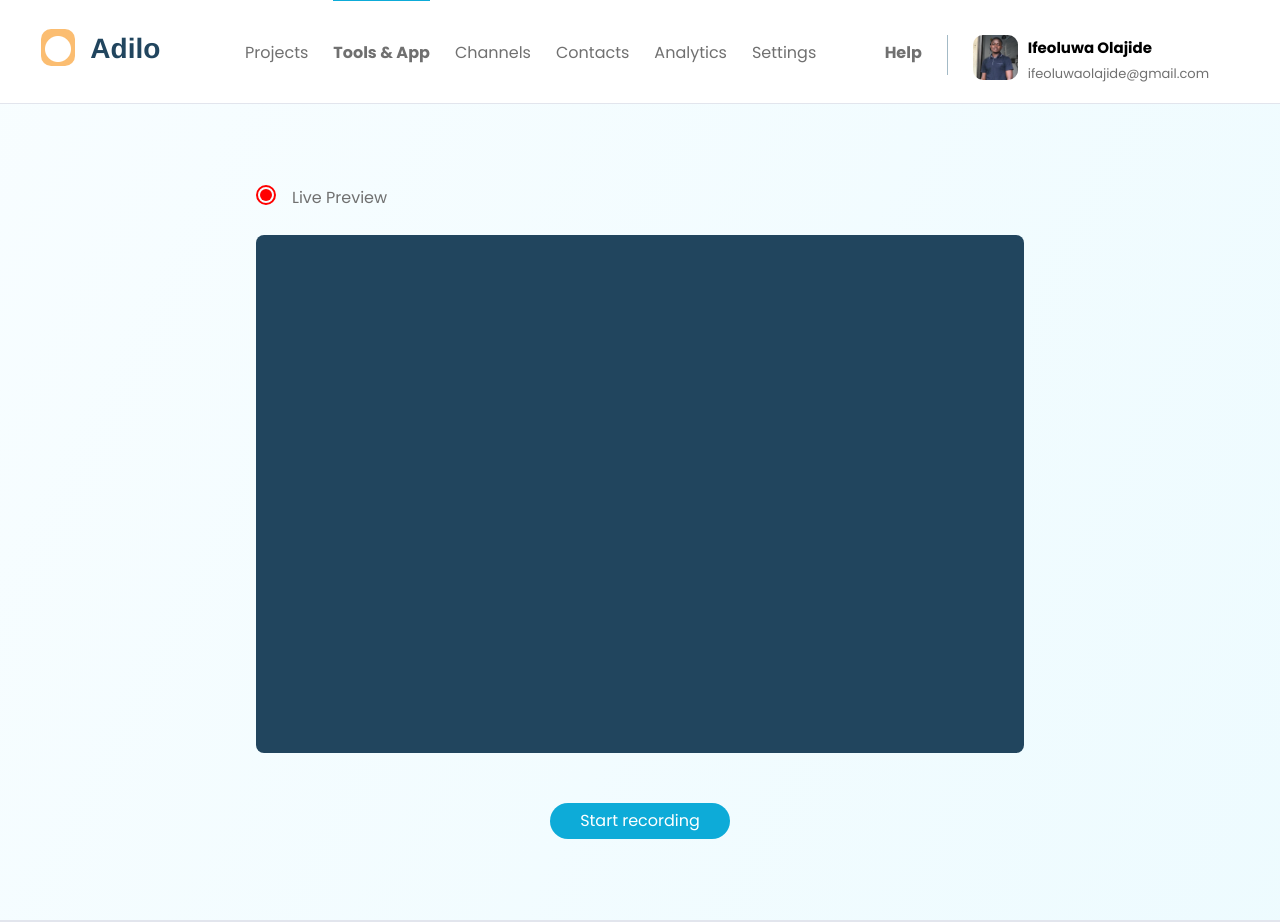
Repository: olhighjay/video_recorder
Page: /
These files come from the project's save history. The page is drawn as it stood at one moment and after the next save; the edit follows.
The browser window is 1280 px wide. The pictures show the whole page.
Some web libraries are served in a nearby version. The project was rebuilt for these pictures with package versions that can differ from the ones it lists, and the page was loaded fresh each time. Also part of the build but not shown: vue.config.js, src/components/DataTable.vue, src/components/EmptyRecorded.vue.

Above is the page before, as saved 2022-07-29 12:29:43.

### public/index.html
<!DOCTYPE html>
<html lang="">
  <head>
    <meta charset="utf-8">
    <meta http-equiv="X-UA-Compatible" content="IE=edge">
    <meta name="viewport" content="width=device-width,initial-scale=1.0">
    <link rel="icon" href="<%= BASE_URL %>favicon.ico">
    <title><%= htmlWebpackPlugin.options.title %></title>
    <link rel="stylesheet" href="https://cdn.jsdelivr.net/npm/bootstrap@4.0.0/dist/css/bootstrap.min.css" integrity="sha384-Gn5384xqQ1aoWXA+058RXPxPg6fy4IWvTNh0E263XmFcJlSAwiGgFAW/dAiS6JXm" crossorigin="anonymous">
    <link rel="stylesheet" href="https://cdnjs.cloudflare.com/ajax/libs/font-awesome/6.1.2/css/all.min.css" integrity="sha512-1sCRPdkRXhBV2PBLUdRb4tMg1w2YPf37qatUFeS7zlBy7jJI8Lf4VHwWfZZfpXtYSLy85pkm9GaYVYMfw5BC1A==" crossorigin="anonymous" referrerpolicy="no-referrer" />
  </head>
  <body>
    <noscript>
      <strong>We're sorry but <%= htmlWebpackPlugin.options.title %> doesn't work properly without JavaScript enabled. Please enable it to continue.</strong>
    </noscript>
    <div id="app"></div>
    <!-- built files will be auto injected -->

    <script src="https://cdnjs.cloudflare.com/ajax/libs/font-awesome/6.1.2/js/all.min.js" integrity="sha512-8pHNiqTlsrRjVD4A/3va++W1sMbUHwWxxRPWNyVlql3T+Hgfd81Qc6FC5WMXDC+tSauxxzp1tgiAvSKFu1qIlA==" crossorigin="anonymous" referrerpolicy="no-referrer"></script>
    <script src="https://code.jquery.com/jquery-3.2.1.slim.min.js" integrity="sha384-KJ3o2DKtIkvYIK3UENzmM7KCkRr/rE9/Qpg6aAZGJwFDMVNA/GpGFF93hXpG5KkN" crossorigin="anonymous"></script>
    <script src="https://cdn.jsdelivr.net/npm/popper.js@1.12.9/dist/umd/popper.min.js" integrity="sha384-ApNbgh9B+Y1QKtv3Rn7W3mgPxhU9K/ScQsAP7hUibX39j7fakFPskvXusvfa0b4Q" crossorigin="anonymous"></script>
    <script src="https://cdn.jsdelivr.net/npm/bootstrap@4.0.0/dist/js/bootstrap.min.js" integrity="sha384-JZR6Spejh4U02d8jOt6vLEHfe/JQGiRRSQQxSfFWpi1MquVdAyjUar5+76PVCmYl" crossorigin="anonymous"></script>
  </body>
</html>

### src/App.vue
<template>
  <div>
    <navbar></navbar>
    <div id="main-flex">
      <div v-if="false" class="my-sidebar">
        <ul class="my-sidebar-items">
            <li class="sidebar-item-active"> <img src="./assets/video-player.png" alt=""> &nbsp; My Recordings</li>
            <li> <i class="fa fa-share-alt" style="color:#102346"></i> &nbsp; Requested</li>
        </ul>
      </div>
      <div v-if="false" class="my-main">
        <div class="my-main-container">
          <div><small class="breadcrumbs">Snapbyte <i class="fa fa-angle-right" style="font-weight:200"></i> My Recordings</small></div>
          <div class="subheading-tab">
            <div> <span class="my-recordings">My Recordings </span><span class="my-recordings-count">25</span> </div>
            <div>
              <button class="sub-heading-btn white-btn">
                <i class="fa fa-long-arrow-down" aria-hidden="true"></i>
                <i class="fa fa-long-arrow-up" aria-hidden="true"></i>
                By Date
              </button>
              <button class="sub-heading-btn white-btn">
                <i class="fa-solid fa-filter"></i>
                Add Filter
              </button>
              <button class="sub-heading-btn blue-btn">
                <i class="fa fa-video"></i>
                New Request
              </button>
              <button class="sub-heading-btn red-btn">
                <span class="rec">REC</span>
                Start Recording
              </button>
            </div>
          </div>

          <empty-recorded></empty-recorded>

          <data-table v-if="true"></data-table>
          <!-- Button trigger modal -->
<button type="button" class="btn btn-primary" data-toggle="modal" data-target="#recordOptions">
Launch demo modal
</button>

<!-- Modal -->
<div class="modal fade" id="recordOptions" tabindex="-1" role="dialog" aria-labelledby="recordOptions" aria-hidden="true">
<div class="modal-dialog modal-dialog-centered" role="document">
  <div class="modal-content">
    <div class="modal-header">
      <h5 class="my-modal-title">New Recording</h5>
      <button type="button" class="close" data-dismiss="modal" aria-label="Close">
        <span aria-hidden="true"><i class="fa fa-xmark"></i></span>
      </button>
    </div>
    <div class="modal-body">
      <p class="save-in">Save the recording in</p>
      <div>
        <select class="save-option">
          <Option value="" key="">Select a project</Option>
          <Option value="" key="">Project 1</Option>
          <Option value="" key="">Project 2</Option>
          <Option value="" key="">Project 3</Option>
          <Option value="" key="">Project 4</Option>
        </select>
      </div>
      <div style="margin-top: 35px;">
        <div class="record">
          <div class="record-name">Record screen</div>
          <div class="record-switch">
            <label class="switch">
              <input type="checkbox">
              <span class="slider round"></span>
            </label>
          </div>
        </div>
        <div class="record">
          <div class="record-name">Record camera</div>
          <div class="record-switch">
            <label class="switch">
              <input type="checkbox">
              <span class="slider round"></span>
            </label>
          </div>
        </div>
        <div class="record">
          <div class="record-name">Record mic</div>
          <div class="record-switch">
            <label class="switch">
              <input type="checkbox">
              <span class="slider round"></span>
            </label>
          </div>
        </div>
      </div>
    </div>
    <div class="text-center">
      <button type="button" class="start-recording-btn">Start Recording</button>
    </div>
  </div>
</div>
</div>
        </div>
      </div>
      <div class="record-page">
        <div class="view-frame-wrapper">
          <div class="d-flex mb-4">
            <div class="live-icon-wrapper">
              <div class="live-icon" ></div>
            </div>
            <div class="ml-3">Live Preview</div>
          </div>
          <div class="view-frame">

          </div>
          <div class="text-center start-recording-wrapper">
            <button class="start-recording">Start recording</button>
          </div>
        </div>
      </div>
    </div>
  </div>
</template>

<script>
// import HelloWorld from './components/HelloWorld.vue'
import Navbar from './layouts/Navbar.vue'
import DataTable from '@/components/DataTable'
import EmptyRecorded from '@/components/EmptyRecorded'

export default {
  name: 'App',
  components: {
    Navbar,
    DataTable,
    EmptyRecorded
  }
}
</script>


<style>
 @import url('https://fonts.googleapis.com/css2?family=Poppins:wght@400;500;700&display=swap');

#main-flex {
  display: flex;
  width: 100%;
}

.record-page {
  background: transparent linear-gradient(117deg, #0dacd85d 0%, #eafaff5d 0%, #d3f5fe65 100%) 0% 0% no-repeat padding-box;
  width: 100%;
  padding: 81px 20%;
}
.view-frame-wrapper {
  margin: 0 auto;
  max-width: 965px;
}
.view-frame {
  height: 518px;
  background: #21455E 0% 0% no-repeat padding-box;
  border-radius: 8px;
}
.live-icon-wrapper {
  border: 2px solid red;
  border-radius: 50%;
  height:20px;
  width:20px;
}
.live-icon {
  background-color:red;
  border-radius: 50%;
  height:12px;
  width:12px;
  margin: 10% auto;
}
.start-recording-wrapper {
  margin-top: 50px;
}
.start-recording {
  padding: 5px 30px;
  background: #0DABD8 0% 0% no-repeat padding-box;
  border-radius: 32px;
  border: none;
  color: #fff;
}



.my-sidebar {
  flex: 0 0 240px;
  /* width: 20%; */
  /* height: 100%; */
  background-color: #ebf2f656;
  border-right: 2px solid #21455e54;
  /* border-right: 2px solid #21455E; */
  /* width:250px; */
}
.my-sidebar-items {
  list-style: none;
  padding: 20px 0;
}
.my-sidebar-items>li {
  margin : 10px 12px 10px 18px;
  padding: 7px 20px ;
}
.sidebar-item-active {
  background-color: #E2E5ED;
  border: 2px solid #0DABD838;
  border-radius: 10px;
}





.my-main {
  flex: 1;
  flex-wrap: wrap;
}
.my-main-container {
  padding: 1.5% 8.5%;
}
.subheading-tab {
  display: flex;
  justify-content: space-between;
}
.sub-heading-btn {
  padding: 3px 15px;
  border-radius: 20px;
  margin-left: 15px;
  font-size: 14px;
}
.white-btn {
  border: 1px solid #E2E5ED;
  background-color: white;
  color: #637C8E;
}
.blue-btn {
  border: none;
  background-color: #0DABD8;
  color: #fff;
}
.red-btn {
  border: none;
  background-color: #EF5350;
  color: #fff;
}
.my-recordings, .my-recordings-count {
  font-size: 24px;
  color: #000
}
.my-recordings {
  color: #000
}
.my-recordings-count {
  color: #637C8E;
  font-weight: 600;
}
.breadcrumbs {
  color:#637C8E;
}
.rec {
  color:#000;
  background-color:#fff;
  border-radius:50%;
  padding:3px 1px;
  font-size:10px;
}



.save-option {
  width:100%;
  background: #F8FAFB 0% 0% no-repeat padding-box;
  border: 1px solid #E2E5ED;
  border-radius: 8px;
  padding:8px 20px;
}
.modal-dialog {
  max-width: 400px !important;
}
.modal-content {
  padding-bottom: 30px !important;
}
.modal-body {
  padding:30px !important;
}
.my-modal-title {
  color:#000;
  font-size: 22px;
  padding-left: 14px;
}
.record {
  margin-top: 15px;
  display: flex;
  justify-content: space-between;
}
.record-name {
  color: #21455E;
  font-size: 18px;
}
.save-in {
  color:black;
  font-size:16px;
}
.start-recording-btn {
  background: #0DABD8 0% 0% no-repeat padding-box;
  border-radius: 28px;
  font-size:18px;
  padding:5px 55px;
  border: none;
  color:#fff;
}


.switch {
  position: relative;
  top: 10px;
  display: inline-block;
  width: 50px;
  height: 13px;
}

.switch input {
  opacity: 0;
  width: 0;
  height: 0;
}

.slider {
  position: absolute;
  cursor: pointer;
  top: -10px;
  left: 0;
  right: 0;
  bottom: 0;
  background-color: #ccc;
  -webkit-transition: .4s;
  transition: .4s;
}

.slider:before {
  position: absolute;
  content: "";
  height: 15px;
  width: 15px;
  left: 4px;
  bottom: 4px;
  background-color: white;
  -webkit-transition: .4s;
  transition: .4s;
}

input:checked + .slider {
  background-color: #1bd85a;
}

input:focus + .slider {
  box-shadow: 0 0 1px #1bd85a;
}

input:checked + .slider:before {
  -webkit-transform: translateX(26px);
  -ms-transform: translateX(26px);
  transform: translateX(26px);
}

/* Rounded sliders */
.slider.round {
  border-radius: 34px;
}

.slider.round:before {
  border-radius: 50%;
}


button:hover {
  cursor: pointer;
}
#app {
  font-family: Avenir, Helvetica, Arial, sans-serif;
  font: normal normal normal 14px/26px Poppins;
  -webkit-font-smoothing: antialiased;
  -moz-osx-font-smoothing: grayscale;
   /* text-align: center; */
   font-size: 16px;
  color: #707070;
  border-bottom: solid 2px #E2E5ED;
  overflow: hidden;
  /* margin-top: 60px;  */
}


</style>

### src/layouts/Navbar.vue
<template>
    <nav class="">
      <div class="nav-logo-area">
        <div class="nav-logo-area-inner">
          <div class="white-logo-wrap">
            <span class="white-logo-bkg">
            <img alt="Adilo logo" src="../assets/swarm.png">
            </span>
          </div>
          <div class="adilo">Adilo</div>
        </div>
      </div>
      <div class="nav-tab">
        <ul class="my-nav-list">
          <li><a>Projects</a></li>
          <li class="active-nav-item"> <a>Tools & App</a></li>
          <li><a>Channels</a></li>
          <li><a>Contacts</a></li>
          <li><a>Analytics</a></li>
          <li><a>Settings</a></li>
        </ul>
      </div>
      <div class="nav-profile">
        <ul class="my-nav-list">
          <li><a><b>Help</b></a></li>
        </ul>
        <div class="profile-info">
          <div class="profile-border"></div>
          <div >
            <img alt="Profile Image" src="../assets/profile.jpg" class="profile-img">
          </div>
          <div style="margin-left:10px">
            <span class="profile-name">Ifeoluwa Olajide </span>
            <p class="profile-email">ifeoluwaolajide@gmail.com</p>
          </div>
        </div>
      </div>
    </nav>
</template>
<script>
export default {
    name: 'NavbarComponent'
}
</script>
<style>
     nav {
    display: flex;
    /* height: 69px; */
    padding: 0 0.032%;
    border-bottom: solid 1px #E2E5ED;
  }

  .nav-logo-area {
    flex: 0 0 16%;
    padding-left: 3.2%;
    padding-top: 19px;
    padding-bottom: 27px;
  }
  .nav-logo-area-inner {
    display: flex;
  }
  .nav-tab {
    flex: 0 0 50%;
  }
  .nav-profile {
    flex: 0 0 34%;
    display: flex;
  }
  .my-nav-list {
    list-style: none;
    padding-top: 40px;
  }
  .my-nav-list>li {
    display: inline;
    margin-right: 25px;
    padding-top: 40px;
  }
  .my-nav-list>li>a {
    text-align: left;
    /* font: normal normal normal 18px/27px Poppins; */
    letter-spacing: 0px;
    color: #707070;
    opacity: 1
  }
  .white-logo-wrap {
    padding-top:16px;
  }
  .white-logo-bkg {
    background-color:#FBBD71;
    padding:7px 4px;
    border-radius:10px;
  }
  .adilo {
    font: normal normal bold 28px/32px Helvetica;
    font-size:28px;
    margin-left:15px;
    font-weight:bold;
    color:#21455E;
    padding-top:14px;
  }
  .profile-info {
    padding-top:35px;
    display:flex;
  }
  .active-nav-item {
    border-top: 6px solid #0DABD8;
    font-weight: 600;
  }
  .profile-border {
    border-left: 1px solid #A3BAC6;
    padding-left:25px;
    height:40px;
  }
  .profile-img {
    width:45px; height: 45px;
    border-radius:10px;
  }
  .profile-name {
    font-weight:bold;
    font-size:15px;
    color:black;
  }
  .profile-email {
    font-size:13px;
  }
</style>

Loaded but not shown: src/main.js (common file)

After the next save:
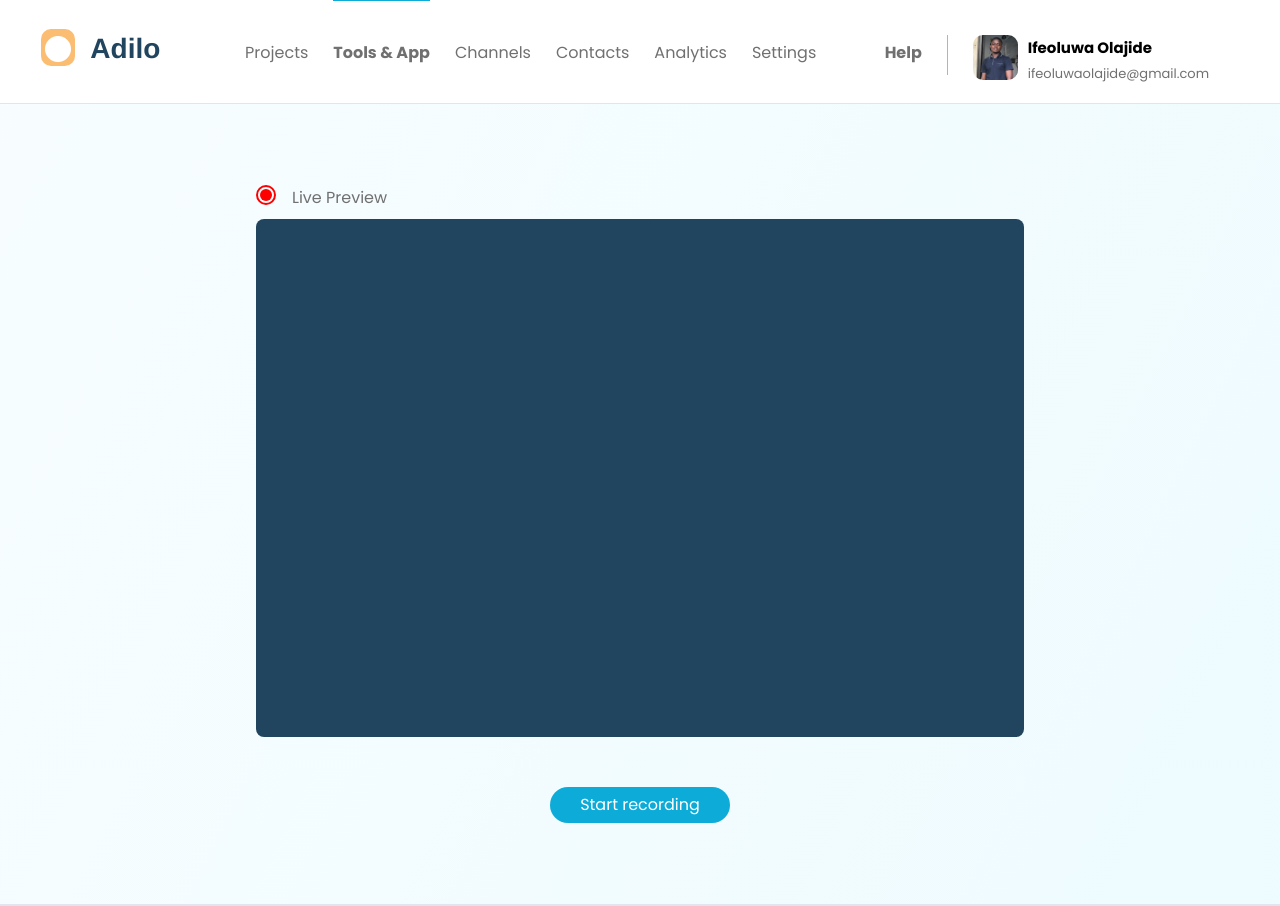
Saved 4 s later.
--- a/src/App.vue
+++ b/src/App.vue
@@ -103,7 +103,7 @@ Launch demo modal
       </div>
       <div class="record-page">
         <div class="view-frame-wrapper">
-          <div class="d-flex mb-4">
+          <div class="d-flex mb-2">
             <div class="live-icon-wrapper">
               <div class="live-icon" ></div>
             </div>
